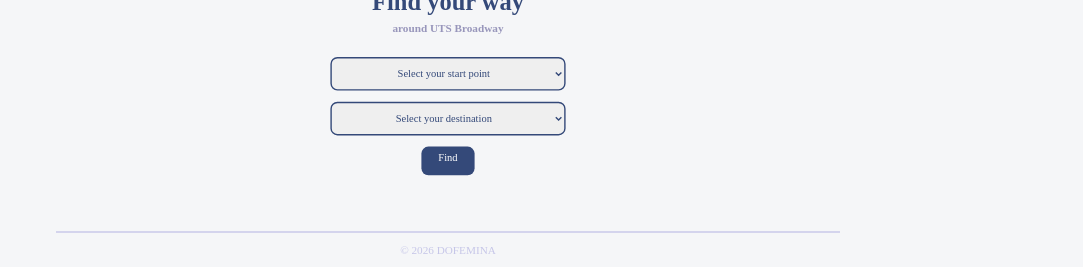
Repository: Meerab-K/uts-wayfinder
Page: html/index.html
An editor plug-in stored every save of this project. The page is shown before and after the next save, followed by the edit.
The browser window is 1280 px wide. The page is 1280 px wide, then 1547 px, so the pictures cover 1547 px, including what lies to the right of the window. The pictures show the part of the page from y = 909 to 2509 px (the page is 1291 px tall before and 3662 px after), at 70% of full size.
Some web fonts or font styles are not loaded; a fallback is used.

Above is the page before, as saved 2026-10-19 17:51:39.

### html/index.html
<!DOCTYPE html>
<html lang="en">
<head>
    <meta charset="UTF-8">
    <meta name="viewport" content="width=device-width, initial-scale=1.0">
    <title>UTS Wayfinder</title>

    <link rel="stylesheet" href="../css/common.css">
    <link rel="stylesheet" href="../css/index.css">
    <link rel="stylesheet" href="../css/responsive.css">

    <!-- Google Fonts -->
    <link rel="preconnect" href="https://fonts.googleapis.com">
    <link rel="preconnect" href="https://fonts.gstatic.com" crossorigin>
    <link href="https://fonts.googleapis.com/css2?family=Maname&display=swap" rel="stylesheet">

    <script src="../js/script.js" defer></script>

</head>
<body>
    <header>
        <nav class="navbar">
            <h1>WAYFINDER</h1>
            <ul>
                <li><a href="index.html">UTS Wayfinder</a></li>
                <li><a href="about.html">About DOFEMINA</a></li>
            </ul>
        </nav>
    </header>

    <main>
        <section id="map_section">
            <img src="../img/Map.png" alt="Image of UTS Broadway Campus Map">
            <div>
                <h2>UTS Broadway Campus Map</h2>
                <table>
                    <tr>
                        <td class="map_init">AG</td>
                        <td class="full_map_name">Alumni Green</td>
                    </tr>
                    <tr>
                        <td class="map_init">CS</td>
                        <td class="full_map_name">Central Station</td>
                    </tr>
                    <tr>
                        <td class="map_init">B1-B20</td>
                        <td class="full_map_name">UTS Building(s)</td>
                    </tr>
                    <tr>
                        <td class="map_init">J1</td>
                        <td class="full_map_name">Thomas/Jones St Junction</td>
                    </tr>
                    <tr>
                        <td class="map_init">J2</td>
                        <td class="full_map_name">Jones St/AG Walkway</td>
                    </tr>
                    <tr>
                        <td class="map_init">J3</td>
                        <td class="full_map_name">Thomas/Harris St Junction</td>
                    </tr>
                    <tr>
                        <td class="map_init">J4</td>
                        <td class="full_map_name">Thomas St/Goods Line Junction</td>
                    </tr>
                    <tr>
                        <td class="map_init">J5</td>
                        <td class="full_map_name">Ultimo/Quay St Junction</td>
                    </tr>
                    <tr>
                        <td class="map_init">J6</td>
                        <td class="full_map_name">Goods Line/B6 Exit</td>
                    </tr>
                    <tr>
                        <td class="map_init">J7</td>
                        <td class="full_map_name">Goods Line South Exit</td>
                    </tr>
                    <tr>
                        <td class="map_init">J8</td>
                        <td class="full_map_name">Broadway/Harris St Junction</td>
                    </tr>
                    <tr>
                        <td class="map_init">J9</td>
                        <td class="full_map_name">Broadway/B1 Tower Exit</td>
                    </tr>
                    <tr>
                        <td class="map_init">J10</td>
                        <td class="full_map_name">Broadway/Jones St Junction</td>
                    </tr>
                    <tr>
                        <td class="map_init">J11</td>
                        <td class="full_map_name">Broadway/Wattle Junction</td>
                    </tr>
                    <tr>
                        <td class="map_init">J12</td>
                        <td class="full_map_name">Harris St Overhead Footbridge</td>
                    </tr>
                </table>
            </div>
        </section>

        <section id="find_path_section">
            <div>
                <h2>Find your way</h2>
                <p>around UTS Broadway</p>

                <form id="find_path_form">
                    <div class="form-group">
                    <select name="start_point" id="start_point_select">
                        <option value="" disabled selected>Select your start point</option>
                        <option value="Alumni Green">Alumni Green</option>
                        <option value="Central Station">Central Station</option>
                        <option value="Building 1">Building 1</option>
                        <option value="Building 2">Building 2</option>
                        <option value="Building 3">Building 3</option>
                        <option value="Building 4">Building 4</option>
                        <option value="Building 5">Building 5</option>
                        <option value="Building 6">Building 6</option>
                        <option value="Building 7">Building 7</option>
                        <option value="Building 8">Building 8</option>
                        <option value="Building 9">Building 9</option>
                        <option value="Building 10">Building 10</option>
                        <option value="Building 11">Building 11</option>
                        <option value="Building 15">Building 15</option>
                        <option value="Building 18">Building 18</option>
                        <option value="Building 20">Building 20</option>
                    </select>
                    </div>

                    <div class="form-group">
                    <select name="destination" id="destination_select">
                        <option value="" disabled selected>Select your destination</option>
                        <option value="Alumni Green">Alumni Green</option>
                        <option value="Central Station">Central Station</option>
                        <option value="Building 1">Building 1</option>
                        <option value="Building 2">Building 2</option>
                        <option value="Building 3">Building 3</option>
                        <option value="Building 4">Building 4</option>
                        <option value="Building 5">Building 5</option>
                        <option value="Building 6">Building 6</option>
                        <option value="Building 7">Building 7</option>
                        <option value="Building 8">Building 8</option>
                        <option value="Building 9">Building 9</option>
                        <option value="Building 10">Building 10</option>
                        <option value="Building 11">Building 11</option>
                        <option value="Building 15">Building 15</option>
                        <option value="Building 18">Building 18</option>
                        <option value="Building 20">Building 20</option>
                    </select>
                    </div>

                    <button type="submit">Find</button>
                </form>
            </div>

            <div id="path_result"><!-- the text and image for the found path will be placed here --></div>
        </section>
    </main>

    <footer>
        <p>&copy; 2026 DOFEMINA </p>
    </footer>
</body>
</html>

### css/common.css
:root {
    /*Background*/
    --background-color: #f5f6f8;
    --primary-color: #344979;
    --secondary-color: #9896BB;

    /*Highlight*/
    --highlight-purple: #c6c6e8;
    --highlight-pink: #f7e5eb;

    /*Font*/
    --font: "Maname", serif;
}

* {
    margin: 0;
    padding: 0;
    font-family: var(--font);
}

body {
    background-color: var(--background-color);
    margin: 0;
}

main {
    margin-top: 2rem;
}

footer {
    text-align: center;
    margin: 0 5rem;
    padding: 1rem;
    border-top: 2px solid var(--highlight-purple);
    color: var(--highlight-purple);
}

h2 {
    color: var(--primary-color);
    padding: 1rem;
    font-size: 35px;
}

.navbar {
    background-color: var(--primary-color);
    padding: 1rem;
    margin: 0;
    position: fixed;
    top: 0;
    z-index: 100;
    width: 100%;
    display: flex;
    justify-content: space-between;
    box-sizing: border-box;
}

.navbar h1 {
    color: var(--background-color);
    padding: 0 0 0 0.5rem;
}

.navbar ul {
    list-style-type: none;
    display: flex;
    gap: 1rem;
    margin: 1rem;
}

.navbar a {
    text-decoration: none;
    color: var(--background-color);
}

.navbar a:hover {
    color: var(--highlight-purple);
}

.floating-menu-btn {
    position: fixed;
    bottom: 1rem;
    right: 1rem;
    width: 50px;
    height: 50px;
    background-color: var(--primary-color);
    border-radius: 50%;
    display: flex;
    justify-content: center;
    align-items: center;
    cursor: pointer;
    z-index: 1000;
}

.floating-menu-btn span{
    background-color: var(--background-color);
    width: 30px;
    height: 3px;
}

main {
    margin-top: 10rem;
}

### css/index.css
#map_section {
    margin: 4rem;
    display: flex;
}

#map_section img {
    width: 50%;
    height: 100%;
    margin: 0 4rem 0 5rem;
}

#map_section div h2 {
    margin-bottom: 1rem;
    color: var(--primary-color);
}

#map_section div table {
    color: var(--secondary-color);
    font-weight: bold;
}

.map_init {
    padding: 0 0.3rem 0.5rem 0.3rem;
    border-radius: 10px;
    border: 2px solid var(--secondary-color);
    text-align: center;
    background-color: var(--highlight-purple);
    color: white;
}

.full_map_name {
    padding-left: 2rem;
    border-bottom: 0.5px solid var(--highlight-purple);
}

#find_path_section {
    margin: 5rem;
    padding-top: 2rem;
    border-top: 2px solid var(--highlight-purple);
    text-align: center;
}

#find_path_section h2 {
    padding: 0.5rem;
}

#find_path_section p {
    margin-bottom: 2rem;
    color: var(--secondary-color);
    font-weight: bold;
}

.form-group {
    margin-bottom: 1rem;
}

form select {
    padding: 0.5rem;
    border-radius: 10px;
    border: 2px solid var(--primary-color);
    width: 30%;
    height: 3rem;
    text-align: center;
    font-size: 15px;
    color: var(--primary-color);
}

form button {
    padding: 0.5rem 1.5rem 1rem 1.5rem;
    border-radius: 10px;
    background-color: var(--primary-color);
    border: none;
    outline: none;
    color: white;
    font-size: 15px;
}

form button:hover {
    background-color: var(--highlight-purple);
    background-origin: var(--highlight-purple);
    color: var(--primary-color);
}

### css/responsive.css
@media (max-width: 1000px) {
    /*index.html*/
    #map_section {
        display: block;
    }

    #map_section img {
        width: 100%;
        margin: 0;
    }

    #map_section div h2 {
        text-align: center;
    }

    #map_section div table {
        width: 100%;
    }
}

@media (max-width: 800px) {
    main {
        margin-top: 10rem;
    }

    .navbar {
        text-align: center;
        display: block;
    }

    .navbar ul {
        justify-content: center;
        margin-top: 1.5rem;
        padding: 0.5rem;
        border-top: 1px solid var(--secondary-color);
    }

    /*index.html*/
    form select {
        width: 60%;
    }

    /*about.html*/
}

### js/script.js
document.getElementById('find_path_form').addEventListener('submit', async (event) => {
    event.preventDefault(); // Prevent the form submission from reloading the page

    const startPoint = document.getElementById('start_point_select').value;
    const destination = document.getElementById('destination_select').value;

    const container = document.getElementById('path_result');

    container.innerHTML = '<p>Finding path from ' + startPoint + ' to ' + destination + '...</p>';

    // Call the backend api to run the A* algorithm
    try {
        const response = await fetch('http://127.0.0.1:8000/route', {
            method: 'POST',
            headers: {
                'Content-Type': 'application/json'
            },
            body: JSON.stringify({
                start: startPoint,
                goal: destination
            })
        });

        if (!response.ok) {
            throw new Error('Network response was not ok');
        }

        const result = await response.json();
        container.innerHTML = `
            <h3>Route Found!</h3>
            <p>Path: ${result.path.join(" → ")}</p>
            <p>Distance: ${result.distance}</p>

            <img
                src="data:[embedded picture, 42 characters]"
                alt="Generated A* route map"
                style="width:100%; max-width:900px;"
            >
        `;
    } catch (error) {
        container.textContent = 'Error: ' + error.message;
    }
})

After the next save:
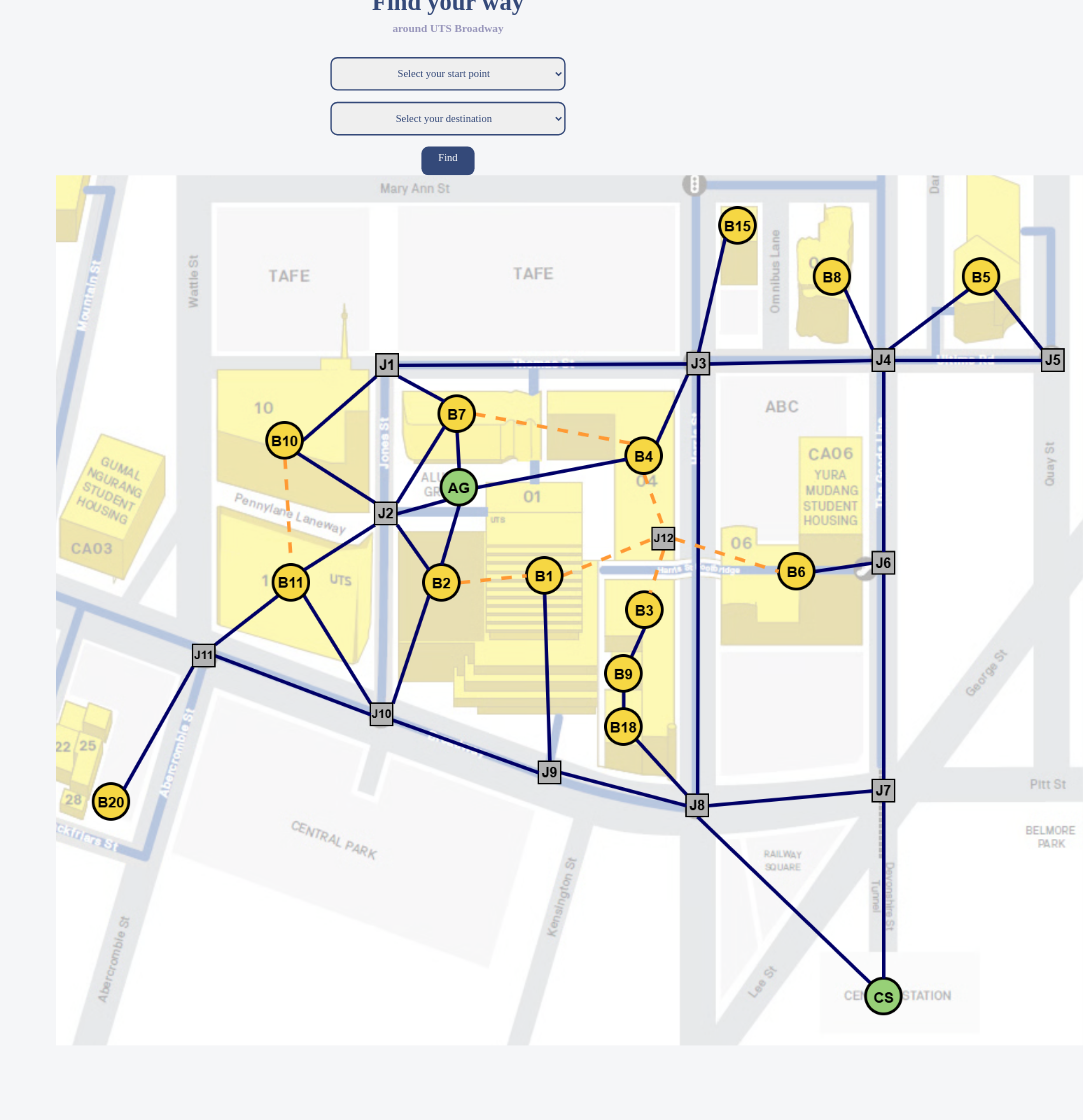
Saved 51 min 58 s later.
--- a/html/index.html
+++ b/html/index.html
@@ -153,6 +153,22 @@
             </div>
 
             <div id="path_result"><!-- the text and image for the found path will be placed here --></div>
+
+            <div class="map-container">
+                <img src="../img/Map.png" id="campus-map" alt="UTS Campus Map">
+
+                <svg id="route-overlay"
+                    viewBox="0 0 100 100"
+                    preserveAspectRatio="none">
+                    <polyline id="route-line"
+                            fill="none"
+                            stroke="red"
+                            stroke-width="0.7"
+                            stroke-linecap="round"
+                            stroke-linejoin="round"/>
+                </svg>
+            </div>
+
         </section>
     </main>
 
